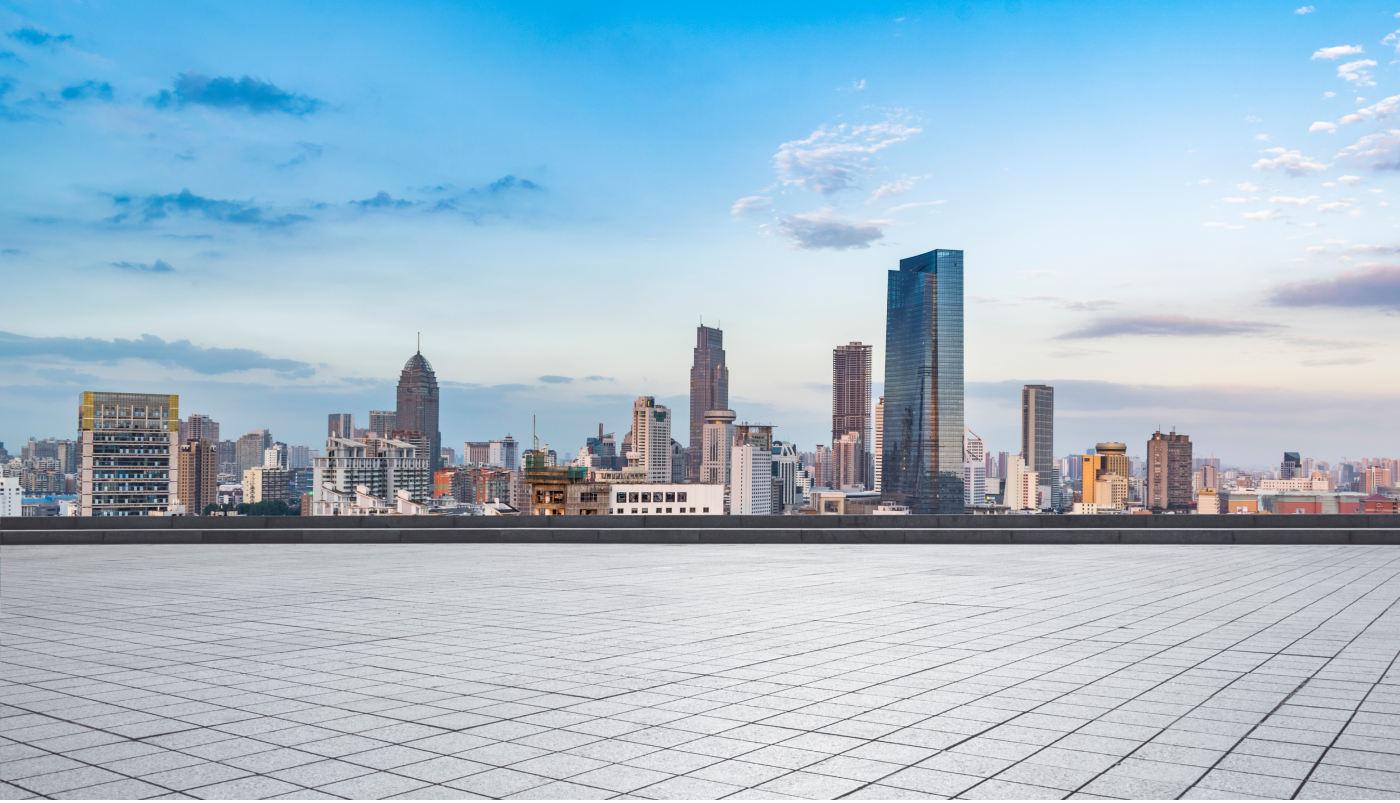
Repository: yosuke257/20231104_watanabe_css
Page: coachtech/html-css/index.html
The author's editor kept a copy of each file at every save. The page is drawn from the files as they stood at one save, then again after the next save.
The browser window is 1280 px wide. The page is 1400 px wide, so the pictures cover 1400 px, including what lies to the right of the window. The pictures show the whole page.

Above is the page before, as saved 2023-10-22 23:35:43.

After the next save:
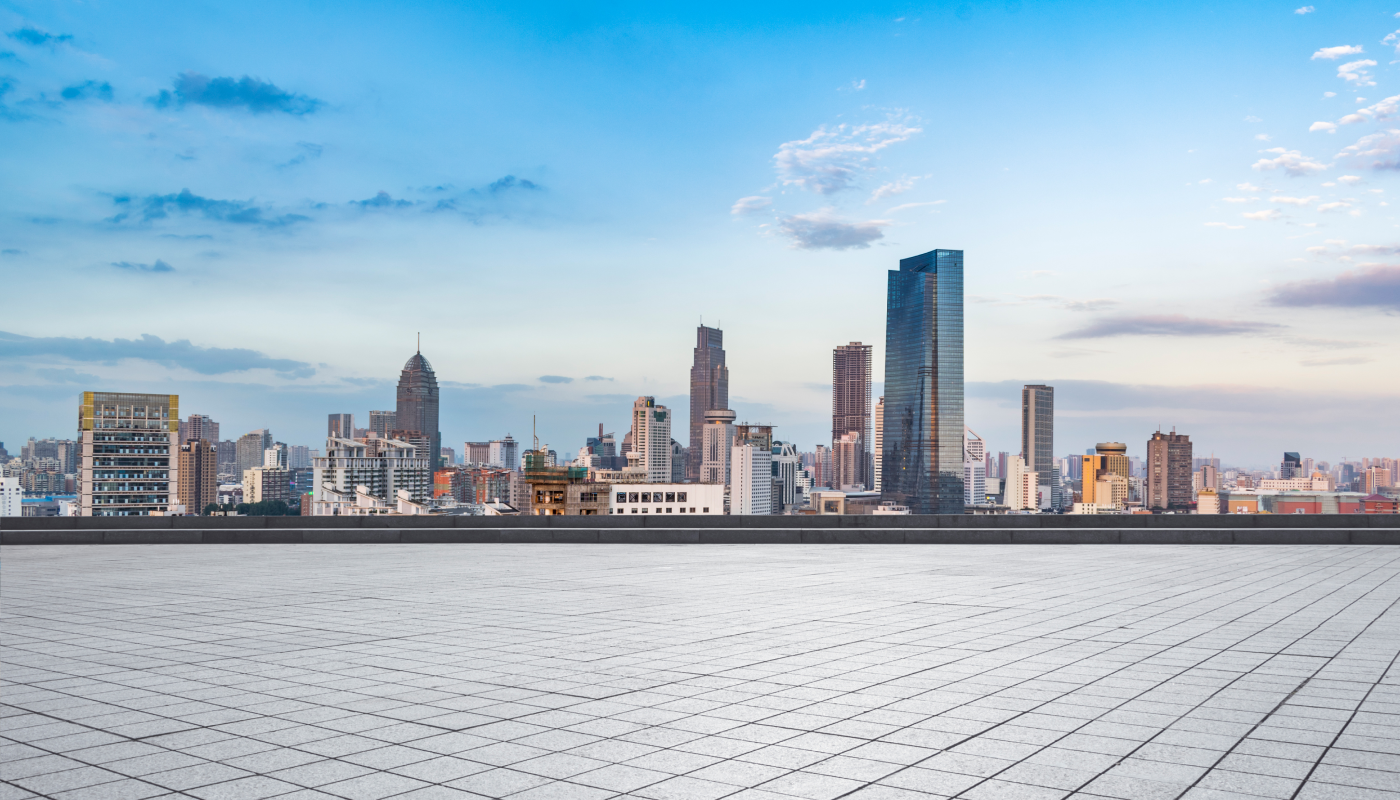
Saved 32 s later.
--- a/coachtech/html-css/css/style.css
+++ b/coachtech/html-css/css/style.css
@@ -1,6 +1,11 @@
 body {
     width: 760px;
     margin: 100px auto;
+}
+
+.card {
+    box-shadow: 0 0 6px #eeeeee;
+    display: flex;
 }
 
 .card__img {
@@ -8,6 +13,26 @@ body {
 }
 
 .card__img img {
-    width: 40%;
+    width: 100%;
     vertical-align: top;
 }
+
+.card__content {
+    padding: 15px;
+}
+
+.card__content-ttl {
+    font-size: 20px;
+    font-weight: bold;
+    margin-bottom: 25px;
+}
+
+.card__content-tag {
+    font-size: 14px;
+    display: inline-block;
+}
+
+.card__content-tag--red {
+    color: red;
+    margin-left: 40px;
+}
